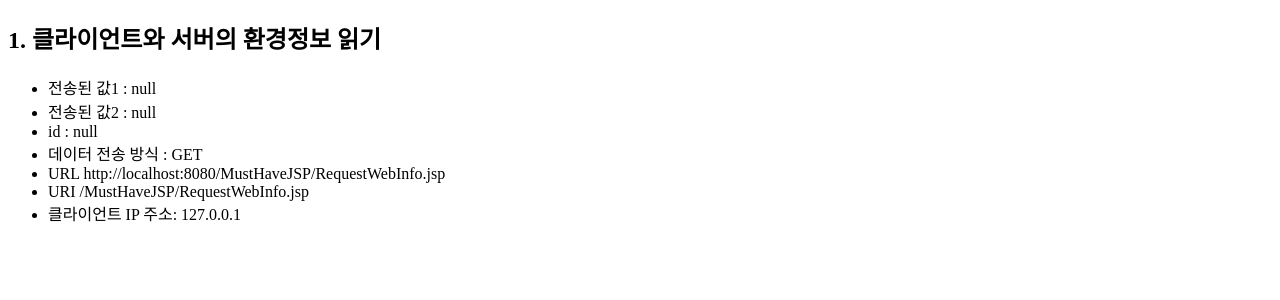
Repository: ahwaboin3/eclipse-workspace-jsp
Page: http://localhost/MustHaveJSP/RequestWebInfo.jsp
The author's editor kept a copy of each file at every save. The page is drawn from the files as they stood at one save, then again after the next save.
The browser window is 1280 px wide. The pictures show the whole page.
The page is served by Tomcat 10. Other server files are loaded and not shown.

Above is the page before, as saved 2025-05-21 05:12:53.

### MustHaveJSP/src/main/webapp/RequestWebInfo.jsp
<%@ page language="java" contentType="text/html; charset=UTF-8"
    pageEncoding="UTF-8"%>
<!DOCTYPE html>
<html>
<head>
<meta charset="UTF-8">
<title>Insert title here</title>
</head>
<body>
	<h2>1. 클라이언트와 서버의 환경정보 읽기</h2>
	<ul>
		<li>전송된 값1 : <%=request.getParameter("eng") %></li>
		<li>전송된 값2 : <%=request.getParameter("han") %></li>
		<li>id : <%=request.getParameter("id") %></li>
		<li>데이터 전송 방식 : <%=request.getMethod() %></li>
		<!-- URL - 주소
			getRequestURL() - 요청 주소를 반환합니다.
			getRequestURI() - 요청 주소를 반환하는데 호스트(아이피,포트)
			를 제외한 주소를 반환합니다.
		 -->
		<li>URL <%=request.getRequestURL() %></li>
		<li>URI <%=request.getRequestURI() %></li>
		<li>클라이언트 IP 주소: <%=request.getRemoteAddr() %></li>

	</ul>
</body>
</html>

After the next save:
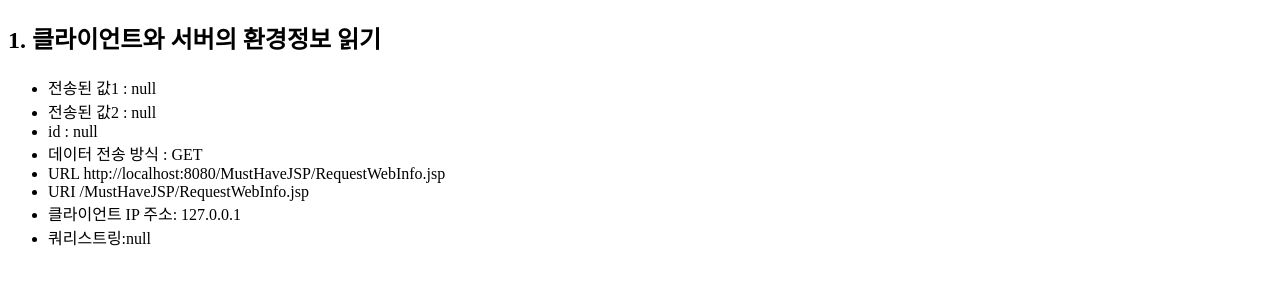
Saved 109 s later.
--- a/MustHaveJSP/src/main/webapp/RequestWebInfo.jsp
+++ b/MustHaveJSP/src/main/webapp/RequestWebInfo.jsp
@@ -21,7 +21,10 @@
 		<li>URL <%=request.getRequestURL() %></li>
 		<li>URI <%=request.getRequestURI() %></li>
 		<li>클라이언트 IP 주소: <%=request.getRemoteAddr() %></li>
-
+		<!--
+			주소 이후에 ?로 시작하는 쿼리스트링
+		 -->
+		<li> 쿼리스트링:<%=request.getQueryString() %>
 	</ul>
 </body>
 </html>
